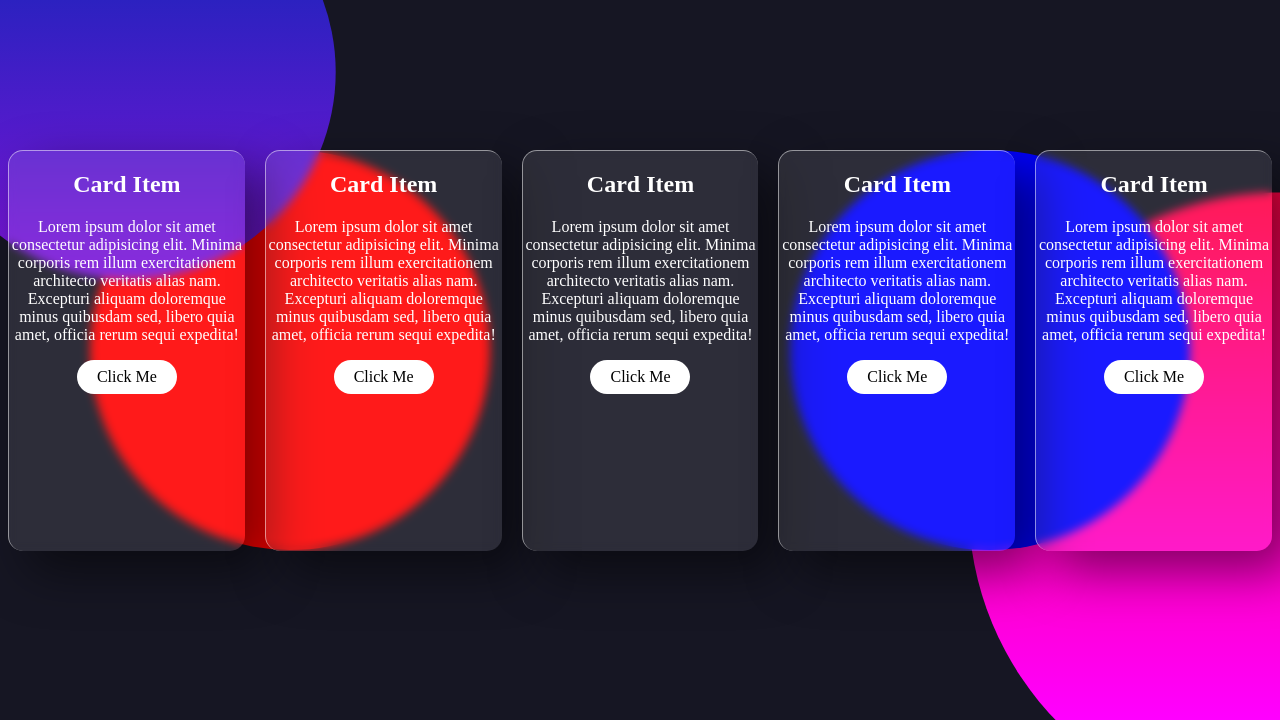
Repository: dovanluyen1996/Test-Git-PR
Page: index.html
An editor plug-in stored every save of this project. The page is shown before and after the next save, followed by the edit.
The browser window is 1280 px wide. The pictures show the whole page.

Above is the page before, as saved 2021-09-07 00:11:30.

### index.html
<!DOCTYPE html>
<html lang="en">
  <head>
    <meta charset="UTF-8" />
    <meta http-equiv="X-UA-Compatible" content="IE=edge" />
    <meta name="viewport" content="width=device-width, initial-scale=1.0" />
    <title>TestVsCode</title>
    <link rel="stylesheet" href="css/style.css" />
  </head>

  <body>
    <div class="container">
      <div class="test1"></div>
      <div class="test2"></div>
    </div>
    <div class="center">
      <div class="item-center">
        <div class="content">
          <h2>Card Item</h2>
          <p class="text">
            Lorem ipsum dolor sit amet consectetur adipisicing elit. Minima
            corporis rem illum exercitationem architecto veritatis alias nam.
            Excepturi aliquam doloremque minus quibusdam sed, libero quia amet,
            officia rerum sequi expedita!
          </p>
          <a href="javascript:void(0)">Click Me</a>
        </div>
      </div>
      <div class="item-center">
        <div class="content">
          <h2>Card Item</h2>
          <p class="text">
            Lorem ipsum dolor sit amet consectetur adipisicing elit. Minima
            corporis rem illum exercitationem architecto veritatis alias nam.
            Excepturi aliquam doloremque minus quibusdam sed, libero quia amet,
            officia rerum sequi expedita!
          </p>
          <a href="javascript:void(0)">Click Me</a>
        </div>
      </div>
      <div class="item-center">
        <div class="content">
          <h2>Card Item</h2>
          <p class="text">
            Lorem ipsum dolor sit amet consectetur adipisicing elit. Minima
            corporis rem illum exercitationem architecto veritatis alias nam.
            Excepturi aliquam doloremque minus quibusdam sed, libero quia amet,
            officia rerum sequi expedita!
          </p>
          <a href="javascript:void(0)">Click Me</a>
        </div>
      </div>
      <div class="item-center">
        <div class="content">
          <h2>Card Item</h2>
          <p class="text">
            Lorem ipsum dolor sit amet consectetur adipisicing elit. Minima
            corporis rem illum exercitationem architecto veritatis alias nam.
            Excepturi aliquam doloremque minus quibusdam sed, libero quia amet,
            officia rerum sequi expedita!
          </p>
          <a href="javascript:void(0)">Click Me</a>
        </div>
      </div>
      <div class="item-center">
        <div class="content">
          <h2>Card Item</h2>
          <p class="text">
            Lorem ipsum dolor sit amet consectetur adipisicing elit. Minima
            corporis rem illum exercitationem architecto veritatis alias nam.
            Excepturi aliquam doloremque minus quibusdam sed, libero quia amet,
            officia rerum sequi expedita!
          </p>
          <a href="javascript:void(0)">Click Me</a>
        </div>
      </div>
    </div>
  </body>
</html>

### css/style.css
body {
  background: #161623;
}
body::before {
  content: "";
  position: absolute;
  top: 0;
  left: 0;
  width: 100%;
  height: 100%;
  background: linear-gradient(#f00, #f0f);
  clip-path: circle(30% at right 70%);
}
body::after {
  content: "";
  position: absolute;
  top: 0;
  left: 0;
  width: 100%;
  height: 100%;
  background: linear-gradient(rgb(44, 33, 192), #f0f);
  clip-path: circle(20% at 10% 10%);
}
.container {
  width: 1100px;
  margin: 0 auto;
  position: relative;
}
.test1 {
  width: 400px;
  height: 400px;
  background-color: red;
  border-radius: 50%;
  position: absolute;
}
.test2 {
  width: 400px;
  height: 400px;
  background-color: blue;
  border-radius: 50%;
  position: absolute;
  right: 0;
}
.center {
  margin-top: 150px;
  position: relative;
  z-index: 999;
  display: flex;
  column-gap: 20px;
  justify-content: center;
  align-items: center;
  color: white;
}
.item-center {
  overflow: hidden;
  width: 250px;
  height: 400px;
  text-align: center;
  border-radius: 15px;
  border-top: 1px solid rgba(255, 255, 255, 0.5);
  border-left: 1px solid rgba(255, 255, 255, 0.5);
  box-shadow: 20px 20px 50px rgba(0, 0, 0, 0.5);
  background: rgba(255, 255, 255, 0.1);
  backdrop-filter: blur(5px);
}
.item-center p {
  font-weight: 300;
}
.item-center a {
  text-decoration: none;
  color: #fff;
  display: inline-block;
  padding: 8px 20px;
  background-color: #fff;
  color: black;
  border-radius: 20px;
  font-weight: 500;
}

After the next save:
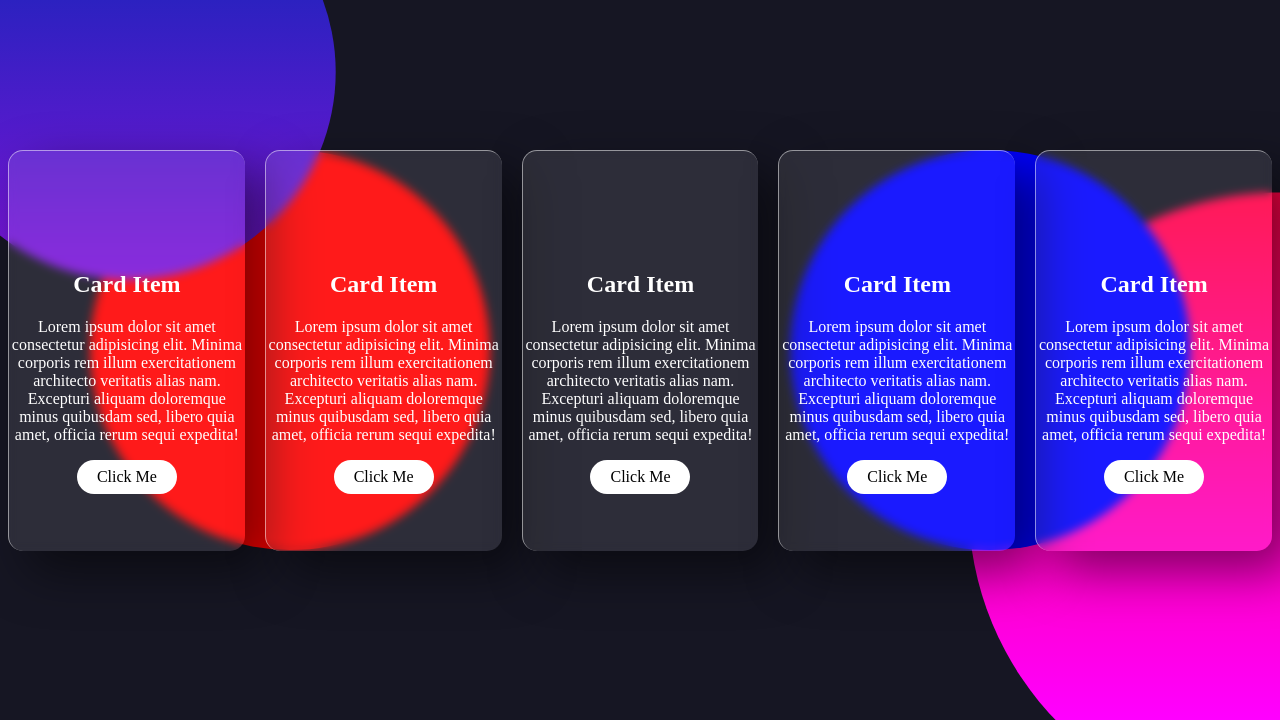
Saved 50 s later.
--- a/css/style.css
+++ b/css/style.css
@@ -76,3 +76,6 @@ body::after {
   border-radius: 20px;
   font-weight: 500;
 }
+.item-center .content {
+  transform: translateY(100px);
+}
